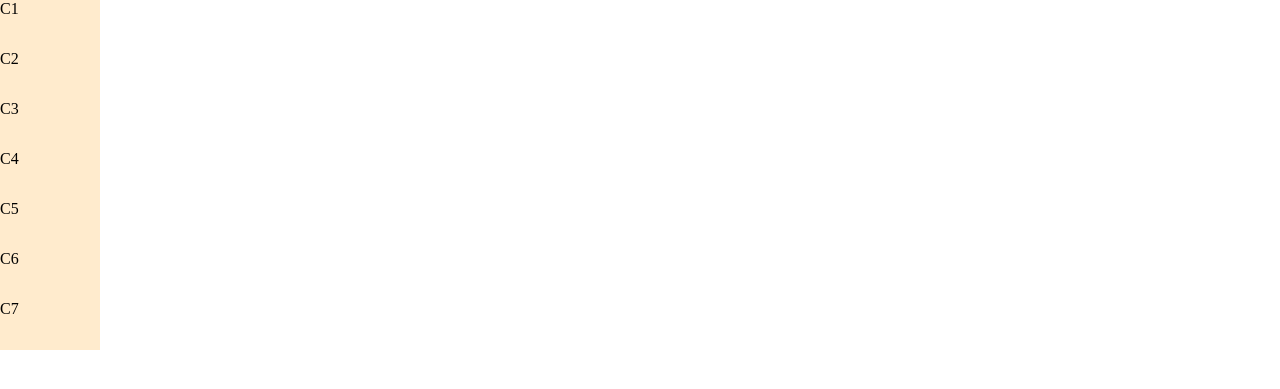
Repository: nepali2385/FUll-stack-practice
Page: Day5/Day5/grid.html
The author's editor kept a copy of each file at every save. The page is drawn from the files as they stood at one save, then again after the next save.
The browser window is 1280 px wide. The pictures show the whole page.

Above is the page before, as saved 2024-08-27 15:02:06.

### Day5/Day5/grid.html
<!DOCTYPE html>
<html lang="en">
<head>
    <meta charset="UTF-8">
    <meta name="viewport" content="width=device-width, initial-scale=1.0">
    <title>Document</title>
    <link rel="stylesheet" href="grid.css">
</head>
<body>
    <div class="area">
        <div class="card">C1</div>
        <div class="card">C2</div>
        <div class="card">C3</div>
        <div class="card">C4</div>
        <div class="card">C5</div>
        <div class="card">C6</div>
        <div class="card">C7</div>



    </div>
</body>
</html>

### Day5/Day5/grid.css
*{
    padding:0;
    margin: 0;
    box-sizing:border-box ;

}
.area{
    display:grid;

    grid-auto-columns: 100px 200px 100px;
    grid-auto-rows: 50px;
}
.card{
    background-color: blanchedalmond;
    border 1px solid black;
}

After the next save:
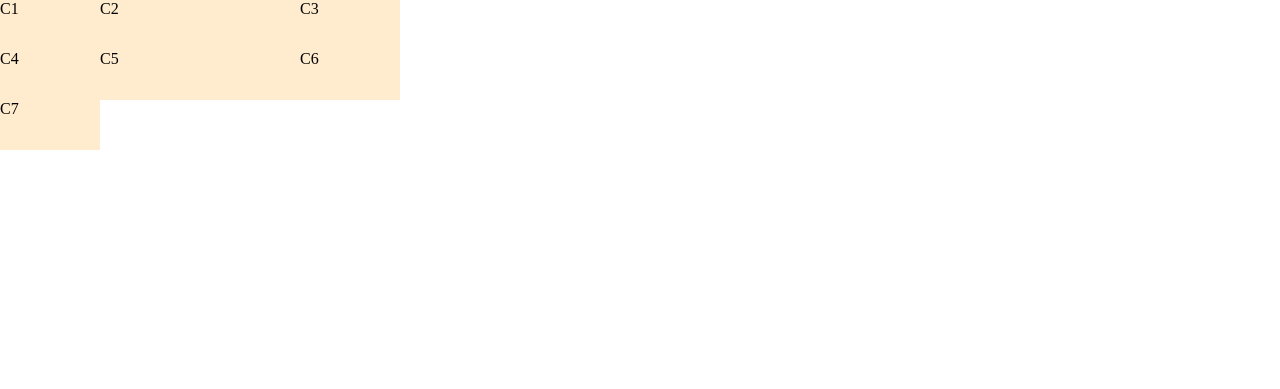
Saved 24 s later.
--- a/Day5/Day5/grid.css
+++ b/Day5/Day5/grid.css
@@ -7,7 +7,7 @@
 .area{
     display:grid;
 
-    grid-auto-columns: 100px 200px 100px;
+    grid-template-columns: 100px 200px 100px;
     grid-auto-rows: 50px;
 }
 .card{
